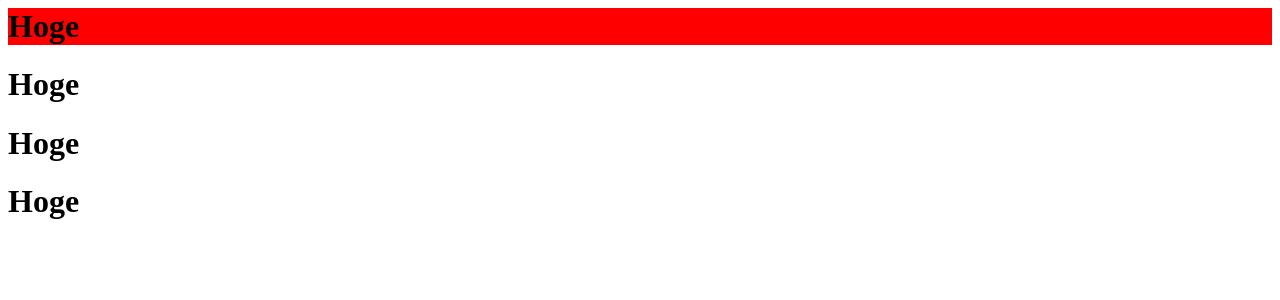
Repository: holly0324/samurai_HTML-CSS
Page: hoge.html
The author's editor kept a record of every edit. The page is drawn from the files as they stood at one moment, then again after the next edit.
The browser window is 1280 px wide. The pictures show the whole page.

Above is the page before.

### hoge.html
<html lang="ja">
    <head>
        <style>
            h1:first-child {
                background-color: red;
            }
        </style>
    </head>
    <body>
        <h1>Hoge</h1>
        <h1>Hoge</h1>
        <h1>Hoge</h1>
        <h1>Hoge</h1>
    </body>
</html>

After the next edit:
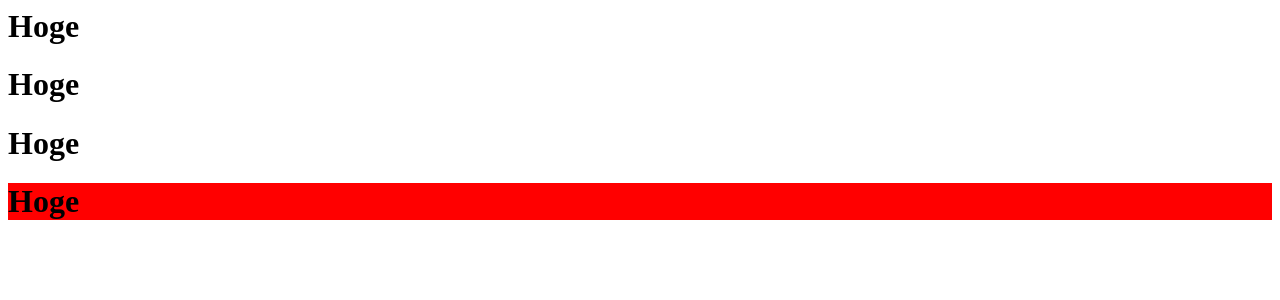
The edit:
--- a/hoge.html
+++ b/hoge.html
@@ -1,7 +1,7 @@
 <html lang="ja">
     <head>
         <style>
-            h1:first-child {
+            h1:last-child {
                 background-color: red;
             }
         </style>
